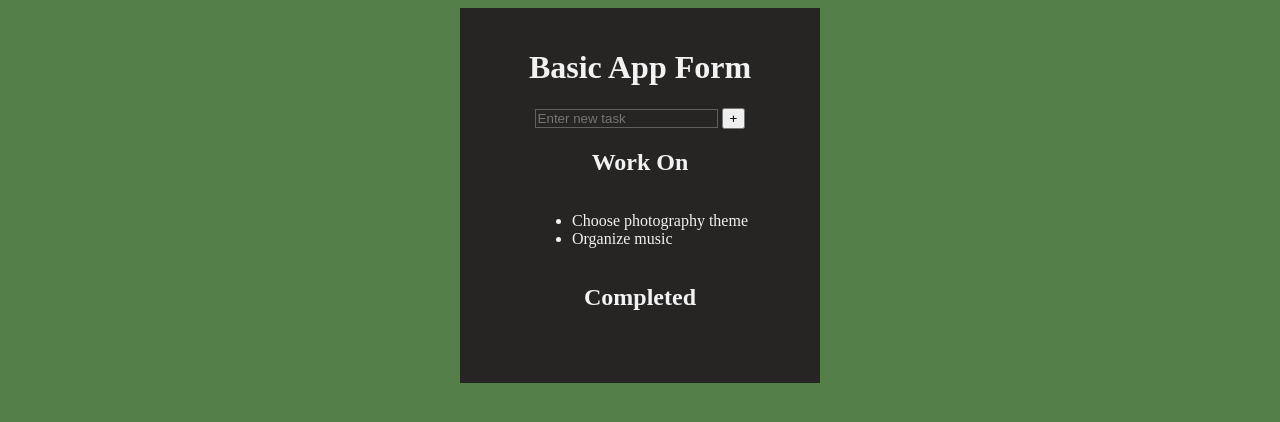
Repository: Kayla-amr/dgm_3760
Page: todoTemplate-W2/index.html
An editor plug-in stored every save of this project. The page is shown before and after the next save, followed by the edit.
The browser window is 1280 px wide. The pictures show the whole page.

Above is the page before, as saved 2022-10-17 17:07:09.

After the next save:
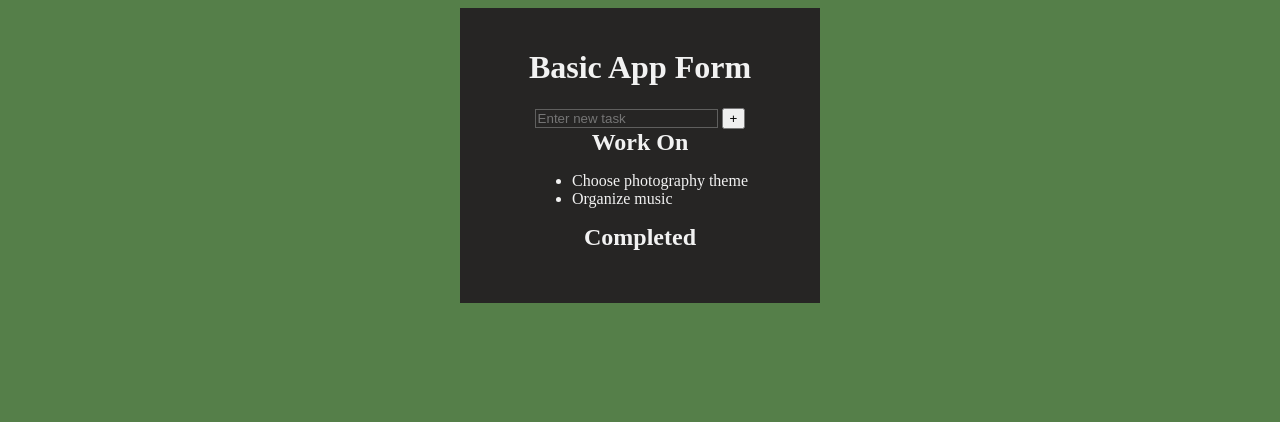
Saved 4 s later.
--- a/todoTemplate-W2/styles.css
+++ b/todoTemplate-W2/styles.css
@@ -7,7 +7,8 @@ main{
     justify-content: center;
 }
 h2{
-    padding: ;
+    padding: 0;
+    margin: 0;
 }
 .taskForm{
     background-color: #262524;
